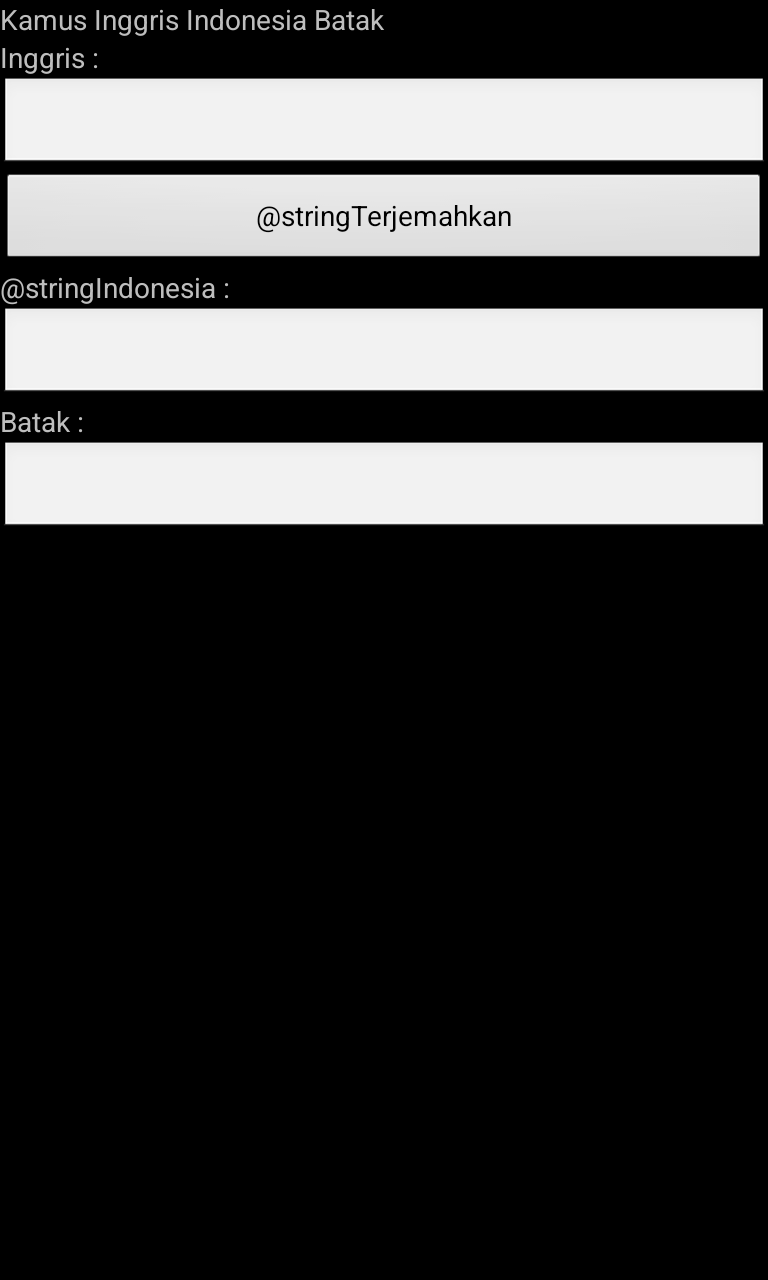
Repository: AndenWano/kamusbahasaindonesia
Layout: KamusKomputer/Kamus/res/layout/activity_show_kamus.xml
An editor plug-in stored every save of this project. The layout is shown before and after the next save, followed by the edit.
It is drawn on a 768 x 1280 px phone screen (xhdpi) without system bars, with theme android:Theme; the app's code is not run.

Above is the layout before, as saved 2014-12-21 10:19:25.

### KamusKomputer/Kamus/res/layout/activity_show_kamus.xml
<?xml version="1.0" encoding="utf-8"?>
<LinearLayout
xmlns:android="http://schemas.android.com/apk/res/android"
android:orientation="vertical"
android:layout_width="fill_parent"
android:layout_height="fill_parent"
>
<TextView
android:layout_width="fill_parent"
android:layout_height="wrap_content"
android:text="Kamus Inggris Indonesia Batak"
/>
<TextView
android:text="Inggris :"
android:id="@+id/TextView01"
android:layout_width="wrap_content"
android:layout_height="wrap_content">
</TextView>
<EditText
android:text=""
android:id="@+id/txtInggris"
android:layout_width="fill_parent"
android:layout_height="wrap_content"
/>
<Button
android:text="@stringTerjemahkan"
android:id="@+id/btnTerjemah"
android:layout_width="fill_parent"
android:layout_height="wrap_content"
android:onClick="getTerjemahan"
/>
<TextView
android:text="@stringIndonesia :"
android:id="@+id/TextView03"
android:layout_width="wrap_content"
android:layout_height="wrap_content"
/>
<EditText
android:text=""
android:id="@+id/txtIndonesia"
android:layout_width="fill_parent"
android:layout_height="wrap_content"
android:editable="false"
/>
<TextView
android:text="Batak :"
android:id="@+id/TextView04"
android:layout_width="wrap_content"
android:layout_height="wrap_content"
/>
<EditText
android:text=""
android:id="@+id/txtBatak"
android:layout_width="fill_parent"
android:layout_height="wrap_content"
android:editable="false"
/>
</LinearLayout>

After the next save:
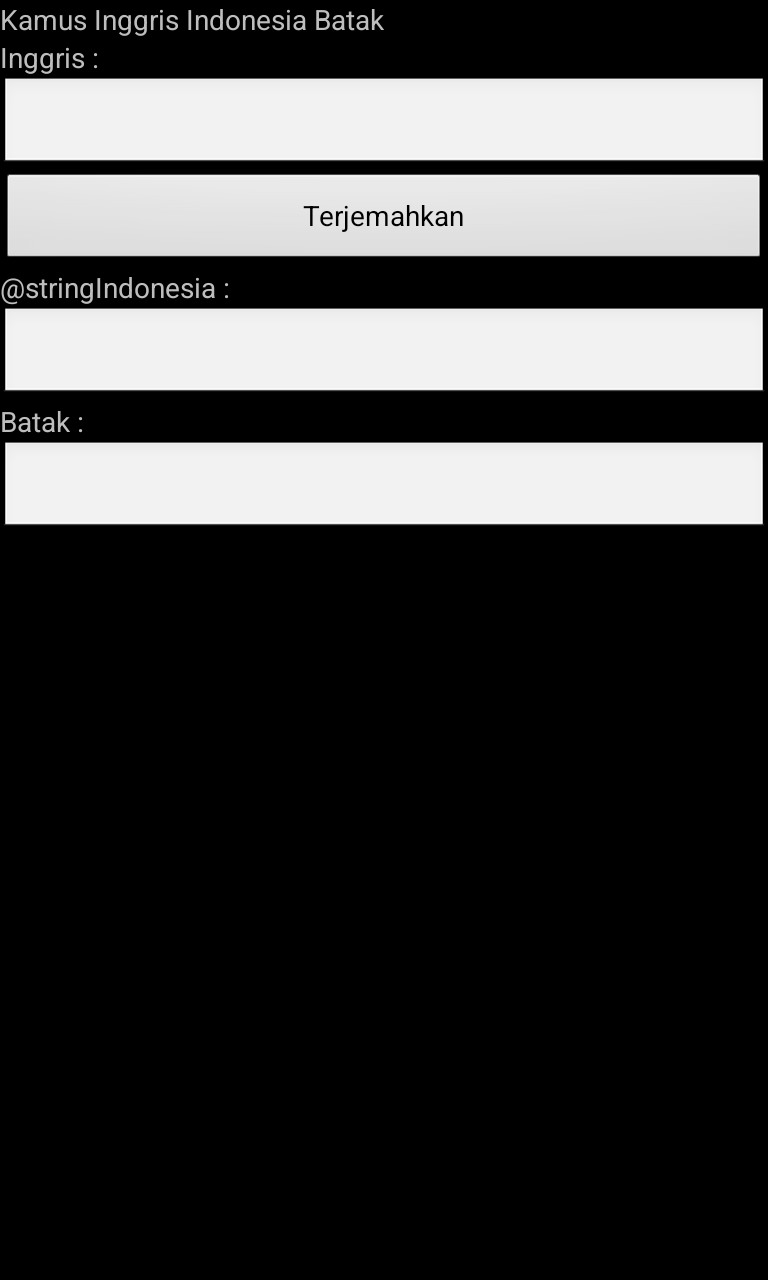
Saved 10 s later.
--- a/KamusKomputer/Kamus/res/layout/activity_show_kamus.xml
+++ b/KamusKomputer/Kamus/res/layout/activity_show_kamus.xml
@@ -23,7 +23,7 @@ android:layout_width="fill_parent"
 android:layout_height="wrap_content"
 />
 <Button
-android:text="@stringTerjemahkan"
+android:text="Terjemahkan"
 android:id="@+id/btnTerjemah"
 android:layout_width="fill_parent"
 android:layout_height="wrap_content"
